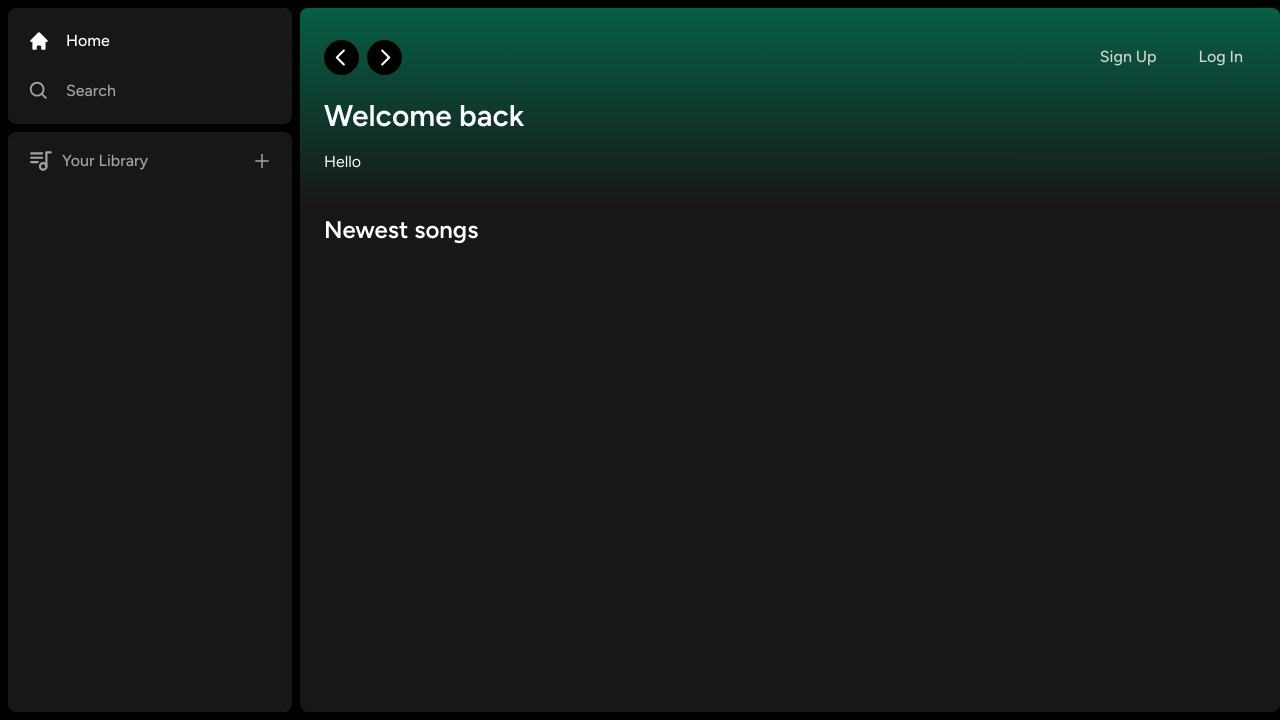
Repository: zecht12/ZechtCrowd
Page: /
These files come from the project's save history. The page is drawn as it stood at one moment and after the next save; the edit follows.
The browser window is 1280 px wide. The pictures show the whole page.
The project was rebuilt for these pictures with package versions that can differ from the ones it lists, and the page was loaded fresh each time. The framework's server and built-in components were replaced by stand-ins that run in the browser. Also part of the build but not shown: next.config.js.

Above is the page before, as saved 2023-06-21 08:30:12.

### app/layout.tsx
import Sidebar from '@/components/Sidebar'
import './globals.css'
import { Figtree } from 'next/font/google'

const inter = Figtree({ subsets: ['latin'] })

export const metadata = {
  title: 'ZechtCrowd',
  description: 'Music App',
}

export default function RootLayout({
  children,
}: {
  children: React.ReactNode
}) {
  return (
    <html lang="en">
      <body className={inter.className}>
        <Sidebar>
        {children}
        </Sidebar>
        </body>
    </html>
  )
}

### app/(site)/page.tsx
import Header from "@/components/Header";

export default async function Home() {

  return (
    <div className="bg-neutral-900 rounded-lg h-full w-full overflow-hidden overflow-y-auto">
      <Header>
        <div className="mb-2">
          <h1 className="text-white text-3xl font-semibold">
              Welcome back
          </h1>
          <div className="grid grid-cols-1 sm:grid-cols-2 xl:grid-cols-3 2xl:grid-cols-4 gap-3 mt-4">
            Hello
          </div>
        </div>
      </Header>
      <div className="mt-2 mb-7 px-6">
        <div className="flex justify-between items-center">
          <h1 className="text-white text-2xl font-semibold">
            Newest songs
          </h1>
        </div>
      </div>
    </div>
  )
}

### components/Sidebar.tsx
'use client';

import React, { Children, useMemo } from 'react'
import {usePathname} from 'next/navigation'
import {HiHome} from 'react-icons/hi'
import {BiSearch} from 'react-icons/bi'
import Box from './Box';
import SidebarItem from './SidebarItem';
import Library from './Libary';

interface SidebarProps {
    children: React.ReactNode;
}

const Sidebar: React.FC<SidebarProps> = ({children}) => {
    const pathname = usePathname();
    const routes = useMemo(() => [
        {
            icon: HiHome,
            label: "Home",
            active: pathname !== '/search',
            href: '/'
        },
        {
            icon: BiSearch,
            label: "Search",
            active: pathname === '/search',
            href: '/search'
        }
    ],[pathname]);

    return (
        <div className='flex h-full'>
            <div className='hidden md:flex flex-col gap-y-2 bg-black w-[300px] h-full p-2'>
                <Box>
                    <div className='flex flex-col gap-y-4 px-5 py-4'>
                        {routes.map((item)=>(
                            <SidebarItem key={item.label} {...item} />
                        ))}
                    </div>
                </Box>
                <Box className='overflow-y-auto h-full'>
                <Library />
                </Box>
            </div>
            <main className="h-full flex-1 overflow-y-auto py-2">
                {children}
            </main>
        </div>
    )
}

export default Sidebar

### components/Header.tsx
"use client";

import { twMerge } from "tailwind-merge";
import { RxCaretLeft, RxCaretRight } from "react-icons/rx";
import { useRouter } from "next/navigation";
import { FaUserAlt } from "react-icons/fa";
import { HiHome } from "react-icons/hi";
import { BiSearch } from "react-icons/bi";

import Button from "./Button";

interface HeaderProps {
    children: React.ReactNode;
    className?: string;
}

const Header: React.FC<HeaderProps> = ({children,className}) => {
    const router = useRouter();

    const handleLogout = async () => {
    }

    return (
        <div className={twMerge(`h-fit bg-gradient-to-b from-emerald-800 p-6`,className)}>
            <div className="w-full mb-4 flex items-center justify-between">
                <div className="hidden md:flex gap-x-2 items-center">
                    <button onClick={() => router.back()} className="rounded-full bg-black flex items-center justify-center cursor-pointer hover:opacity-75 transition">
                        <RxCaretLeft className="text-white" size={35} />
                    </button>
                    <button onClick={() => router.forward()} className="rounded-full bg-black flex items-center justify-center cursor-pointer hover:opacity-75 transition">
                        <RxCaretRight className="text-white" size={35} />
                    </button>
                </div>
                <div className="flex md:hidden gap-x-2 items-center">
                    <button onClick={() => ("")} className="rounded-full p-2 bg-white flex items-center justify-center cursor-pointer hover:opacity-75 transition">
                        <HiHome className="text-black" size={20} />
                    </button>
                    <button onClick={() => ("")} className="rounded-full p-2 bg-white flex items-center justify-center cursor-pointer hover:opacity-75 transition">
                        <BiSearch className="text-black" size={20} />
                    </button>
                </div>
                <div className="flex justify-between items-center gap-x-4">
                    <>
                        <div>
                            <Button className="bg-transparent font-medium text-neutral-300">
                                Sign Up
                            </Button>
                        </div>
                        <div>
                            <Button className="bg-transparent font-medium text-neutral-300">
                                Log In
                            </Button>
                        </div>
                    </>
                </div>
            </div>
            {children}
        </div>
    );
}

export default Header;

### components/Box.tsx
'use client';

import React from 'react'
import { twMerge } from 'tailwind-merge';

interface BoxProps {
    children: React.ReactNode;
    className?: string;
}

const Box: React.FC<BoxProps> = ({children, className}) => {
    return (
        <div className={twMerge(`bg-neutral-900 rounded-lg w-full h-fit`, className)}>
            {children}
        </div>
    )
}

export default Box

### components/SidebarItem.tsx
'use client';

import Link from 'next/link';
import React from 'react'
import { IconType } from 'react-icons';
import { twMerge } from 'tailwind-merge';

interface SidebarItemProps {
    icon: IconType;
    label: string;
    active?: boolean;
    href: string;
}

const SidebarItem: React.FC<SidebarItemProps> = ({icon: Icon, label, active, href}) => {
    return (
        <Link href={href} className={twMerge(`flex flex-row h-auto items-center w-full text-md font-medium gap-x-4 cursor-default hover:text-white py-1 transition text-neutral-400`, active && "text-white")}>
            <Icon size={26} />
            <p className='truncate w-full'>{label}</p>
        </Link>
    )
}

export default SidebarItem

### components/Libary.tsx
"use client";

import { TbPlaylist } from "react-icons/tb";
import { AiOutlinePlus } from "react-icons/ai";


interface LibraryProps {
    // songs: Song[];
}

const Library: React.FC<LibraryProps> = ({
    // songs
}) => {

    const onClick = () => {

    }

    return (
        <div className="flex flex-col">
            <div className="flex items-center justify-between px-5 pt-4">
                <div className="inline-flex items-center gap-x-2">
                    <TbPlaylist className="text-neutral-400" size={26} />
                    <p className="text-neutral-400 font-medium text-md">
                        Your Library
                    </p>
                </div>
                <AiOutlinePlus onClick={onClick} size={20} className="text-neutral-400 cursor-pointer hover:text-white transition"/>
            </div>
            <div className="flex flex-col gap-y-2 mt-4 px-3">
                {/* {songs.map((item) => (
                <MediaItem
                    onClick={(id: string) => onPlay(id)}
                    key={item.id}
                    data={item}
                />
                ))} */}
            </div>
        </div>
    );
}

export default Library;

### components/Button.tsx
import { forwardRef } from "react";
import { twMerge } from "tailwind-merge";

export interface ButtonProps
    extends React.ButtonHTMLAttributes<HTMLButtonElement> {}

const Button = forwardRef<HTMLButtonElement, ButtonProps>(({className,children,disabled,type = 'button',...props}, ref) => {
    return (
        <button type={type} className={twMerge(`w-full rounded-full bg-green-500 border border-transparent px-3 py-3 disabled:cursor-not-allowed disabled:opacity-50 text-black font-bold hover:opacity-75 transition`,disabled && 'opacity-75 cursor-not-allowed',className)} disabled={disabled} ref={ref} {...props}>
            {children}
        </button>
    );
});

Button.displayName = "Button";

export default Button;

Loaded but not shown: app/globals.css (common file); tailwind.config.js (common file)

After the next save:
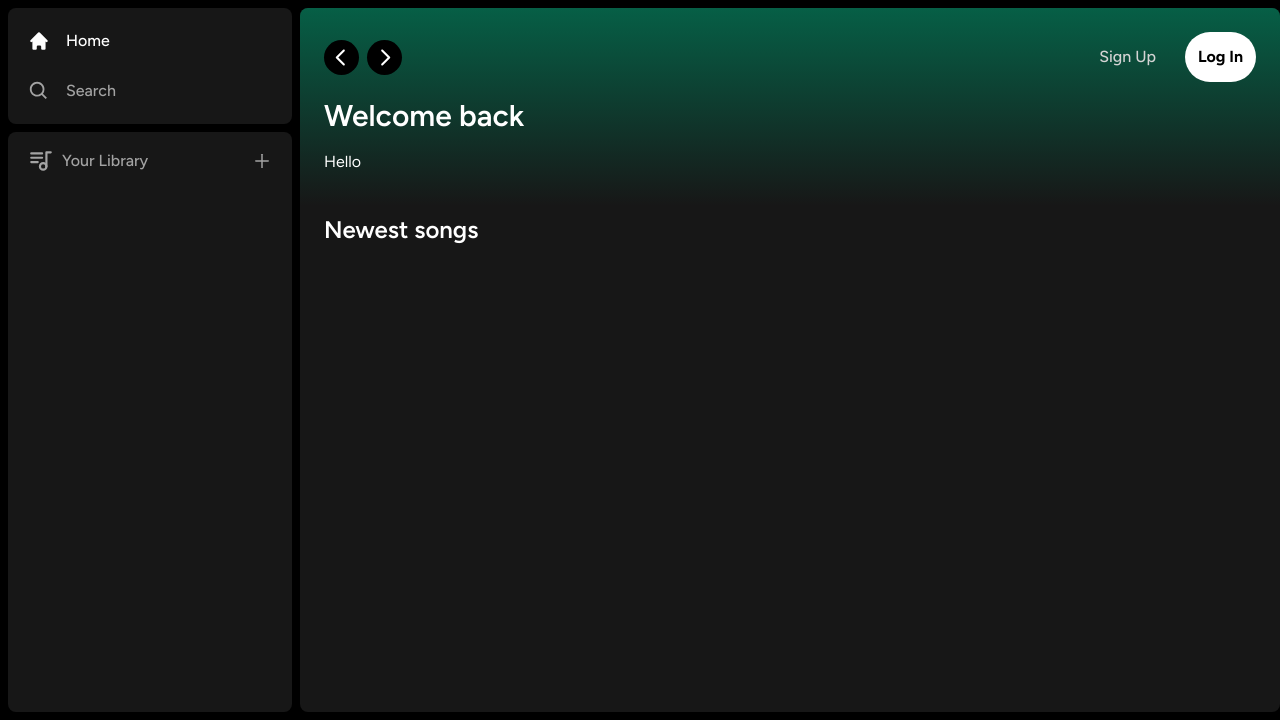
Saved 15 s later.
--- a/components/Header.tsx
+++ b/components/Header.tsx
@@ -47,7 +47,7 @@ const Header: React.FC<HeaderProps> = ({children,className}) => {
                             </Button>
                         </div>
                         <div>
-                            <Button className="bg-transparent font-medium text-neutral-300">
+                            <Button className="bg-white">
                                 Log In
                             </Button>
                         </div>
